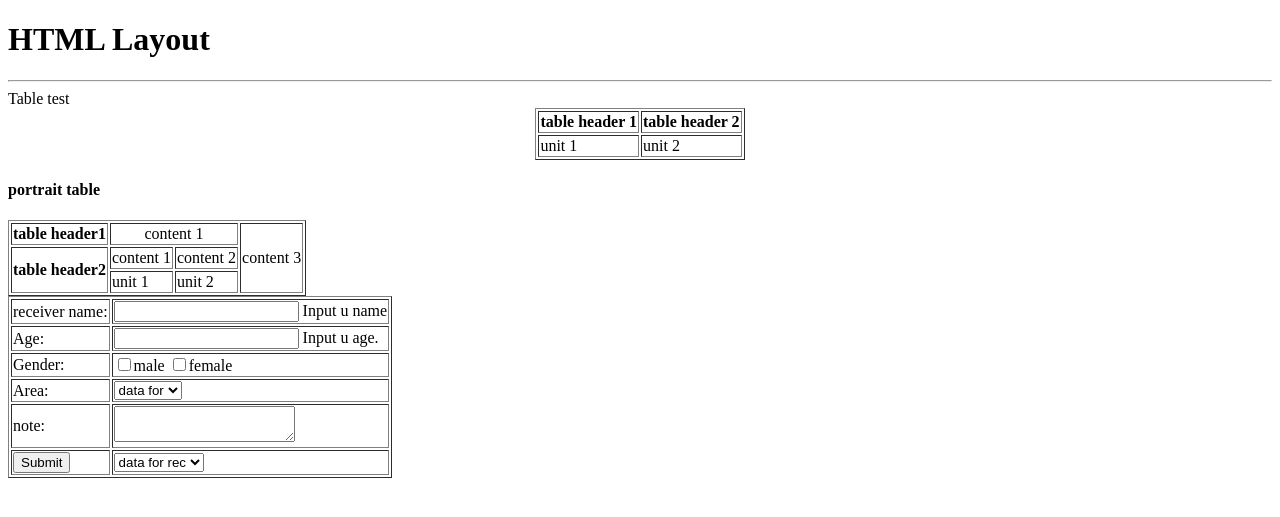
Repository: libelosophy/anjoyo
Page: workspace/QTalk/WebContent/html/table.html
An editor plug-in stored every save of this project. The page is shown before and after the next save, followed by the edit.
The browser window is 1280 px wide. The pictures show the whole page.

Above is the page before, as saved 2013-09-09 12:04:58.

### workspace/QTalk/WebContent/html/table.html
<!DOCTYPE html>
<html>
<head>
<title>HTML Layout</title>
<meta name="author" content="jh">

</head>

<h1>HTML Layout</h1>
<body>
	<hr />


	<table border="1" align="center">
		Table test
		<tr>
			<th>table header 1</th>
			<th>table header 2</th>
		</tr>
		<tr>
			<td>unit 1</td>
			<td>unit 2</td>
		</tr>
	</table>

	<h4>portrait table</h4>
	<table border="1">
		<tr>
			<th>table header1</th>
			<td colspan="2" align="center">content 1</td>
			<td rowspan="3">content 3</td>
		</tr>

		<tr>
			<th rowspan="2">table header2</th>
			<td>content 1</td>
			<td>content 2</td>

		</tr>
		<tr>
			<td>unit 1</td>
			<td>unit 2</td>
		</tr>

	</table>

	<form action="提交到服务器的哪个页面" method="POST|GET">
		<table border="1" cellspcace="2" >
			<tr>
				<td> receiver name:</td>
				<td><input type="text" name="name" size="20" /> Input u name</td>
			</tr>

			<tr>
				<td>Age:</td>
				<td><input type="number" name="age" size="20" /> Input u age.</td>
			</tr>

			<tr>
				<td>Gender:</td>
				<td><input type="checkbox" name="gender_male" size="20" />male
					<input type="checkbox" name="gender_female" size="20" />female</td>
			</tr>

			<tr>
				<td>Area:</td>
				<td>
					<select >
							<option value="tips">data for</option>
							<option value="day1">day 1</option>
							<option value="day2">day 2</option>
					</select>
				</td>
			</tr>

			<tr>
				<td>note:</td>
				<td>
					<textarea > </textarea>
				</td>
			</tr>


			<tr>
				<td>
					<input type="submit" name="Submit" />
				</td>
				<td><select>
						<option>data for rec</option>
						<option>day 1</option>
						<option>day 2</option>
				</select></td>
			</tr>

		</table>
	</form>


</body>
</html>

After the next save:
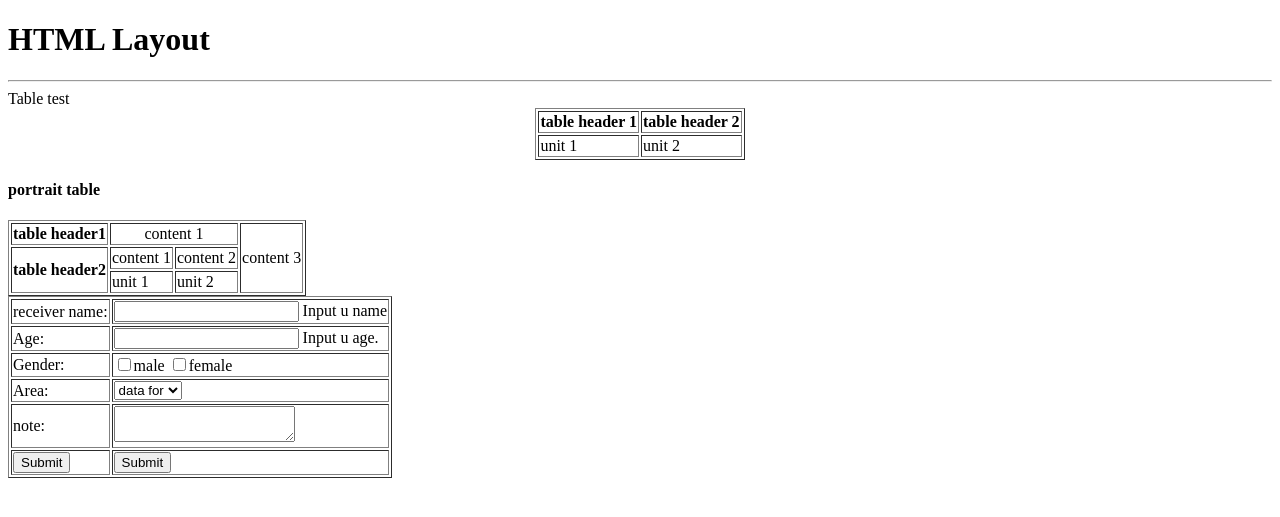
Saved 46 s later.
--- a/workspace/QTalk/WebContent/html/table.html
+++ b/workspace/QTalk/WebContent/html/table.html
@@ -85,11 +85,10 @@
 				<td>
 					<input type="submit" name="Submit" />
 				</td>
-				<td><select>
-						<option>data for rec</option>
-						<option>day 1</option>
-						<option>day 2</option>
-				</select></td>
+
+				<td>
+					<input type="submit" name="Cancle" />
+				</td>
 			</tr>
 
 		</table>
